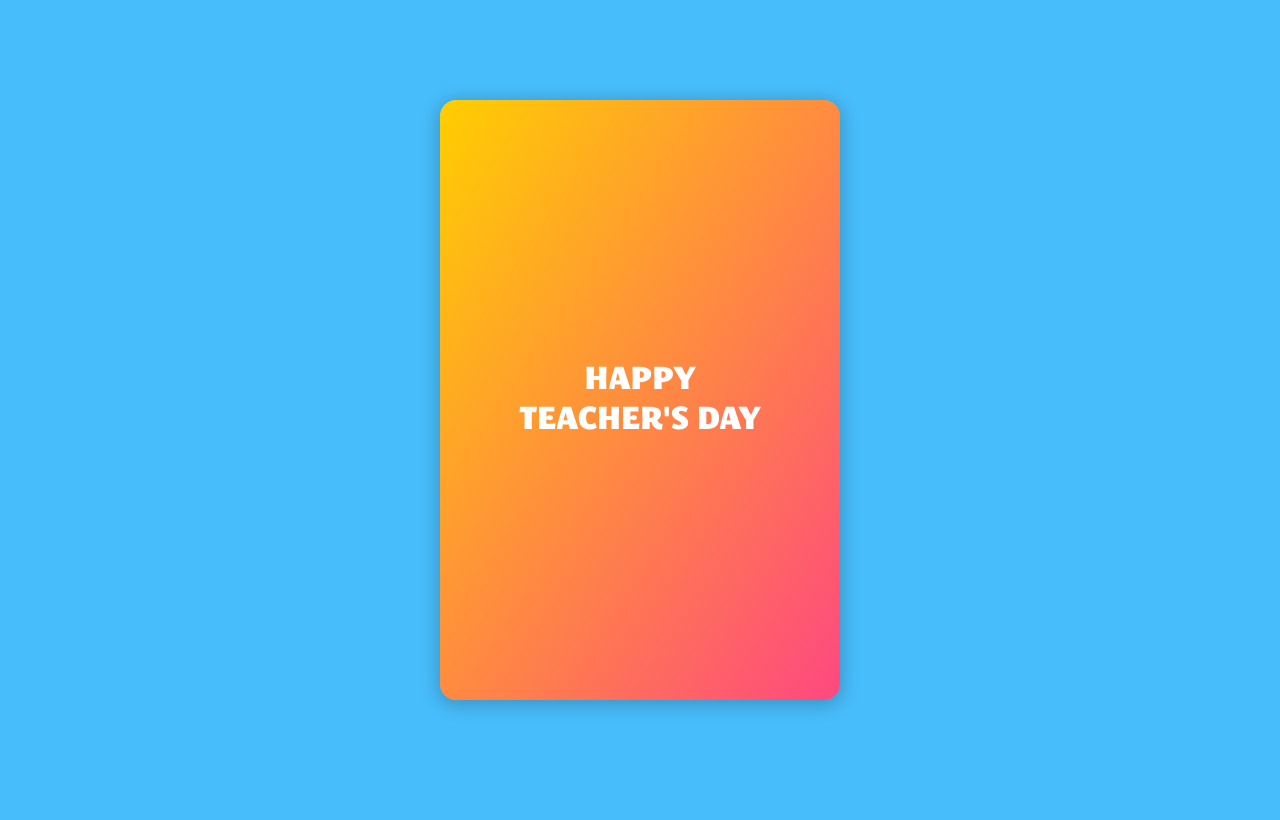
Repository: maixuanhieu/giftcard-madamephuong
Page: index.html
The author's editor kept a copy of each file at every save. The page is drawn from the files as they stood at one save, then again after the next save.
The browser window is 1280 px wide. The pictures show the whole page.

Above is the page before, as saved 2021-11-19 19:32:40.

After the next save:
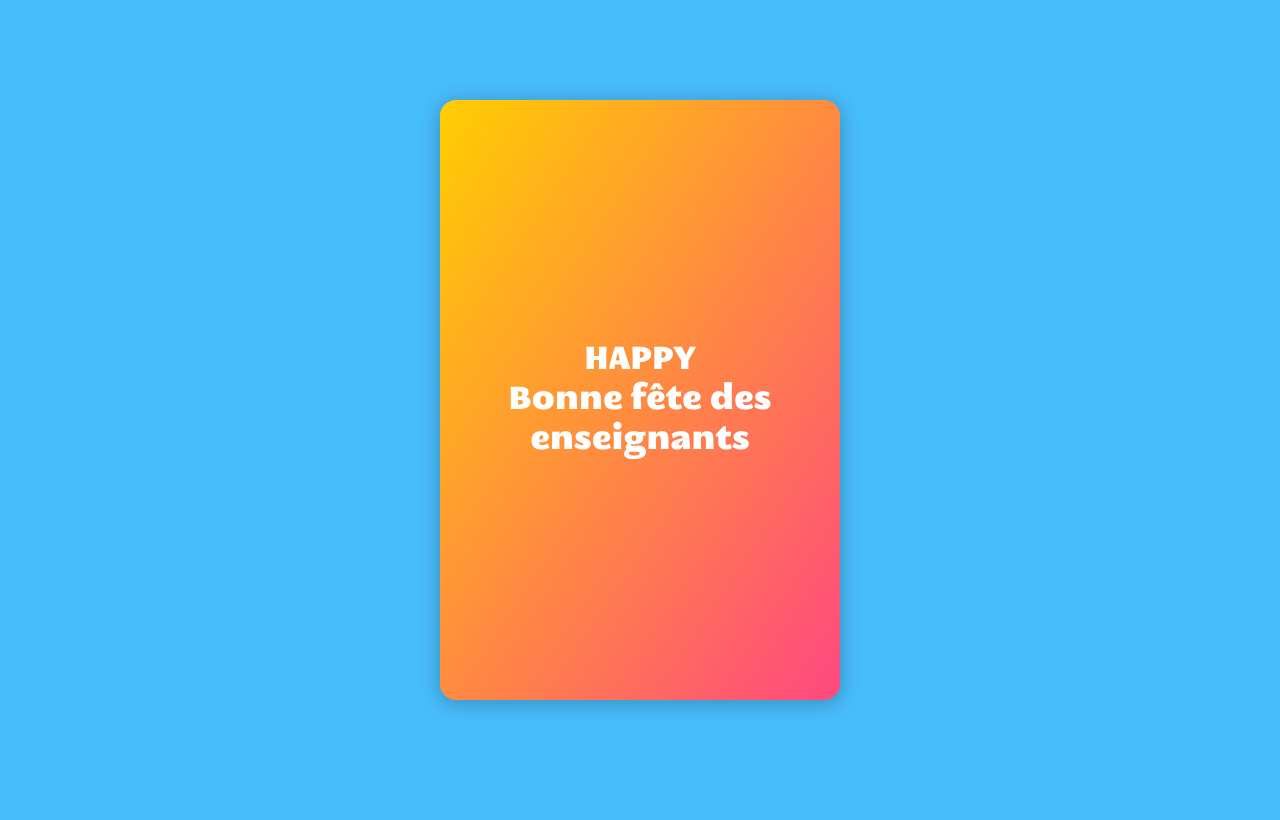
Saved 10 s later.
--- a/index.html
+++ b/index.html
@@ -13,7 +13,7 @@
    <div class="card" onclick="play()">
        <div class="card__inner" >
            <div class="card__face card__face--front">
-            <h2 style="text-align: center; line-height: 40px;">HAPPY <br> TEACHER'S DAY</h2>
+            <h2 style="text-align: center; line-height: 40px;">HAPPY <br> Bonne fête des enseignants</h2>
            </div>
            <div class="card__face card__face--back">
             <div class="card__content">
